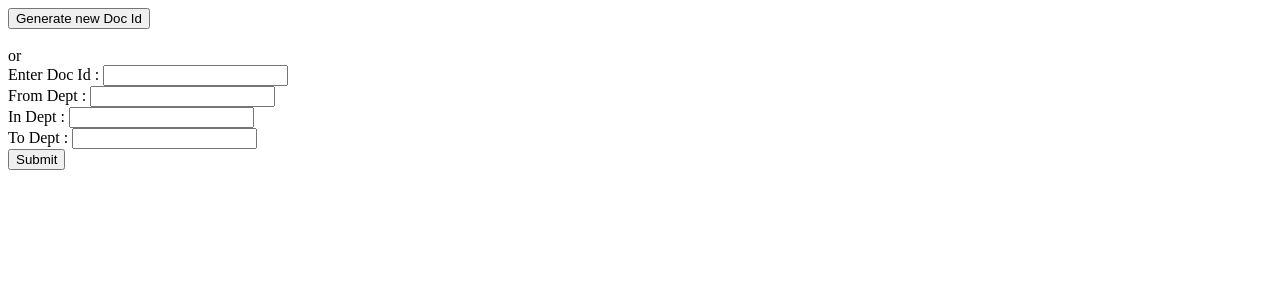
Repository: javaSingh/java
Page: workspace/minor project with inder 7th sem/WebContent/newdocreceived.html
An editor plug-in stored every save of this project. The page is shown before and after the next save, followed by the edit.
The browser window is 1280 px wide. The pictures show the whole page.

Above is the page before, as saved 2014-10-19 15:31:03.

After the next save:
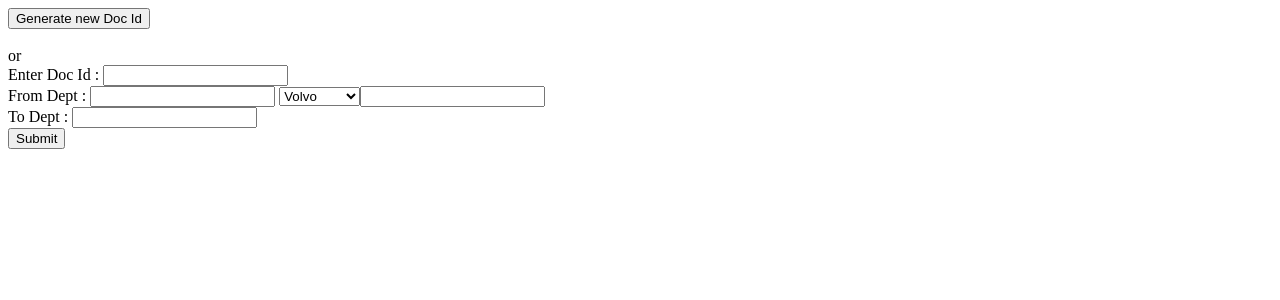
Saved 6 min 25 s later.
--- a/workspace/minor project with inder 7th sem/WebContent/newdocreceived.html
+++ b/workspace/minor project with inder 7th sem/WebContent/newdocreceived.html
@@ -20,7 +20,14 @@ or
 <br>
 <form action='Serv1'>
 Enter Doc Id : <input type='number' name='docid' required autofoucs></input><br>
-From Dept : <input type='text' name='fromdept'  ></input><br>
+From Dept : <input type='text' name='fromdept'  >
+
+<select>
+  <option value="volvo">Volvo</option>
+  <option value="saab">Saab</option>
+  <option value="mercedes">Mercedes</option>
+  <option value="audi">Audi</option>
+</select</input><br>
 In Dept : <input type='text' name='indept'  ></input><br>
 To Dept : <input type='text' name='todept'  ></input><br>
 <input type='submit'></input>
